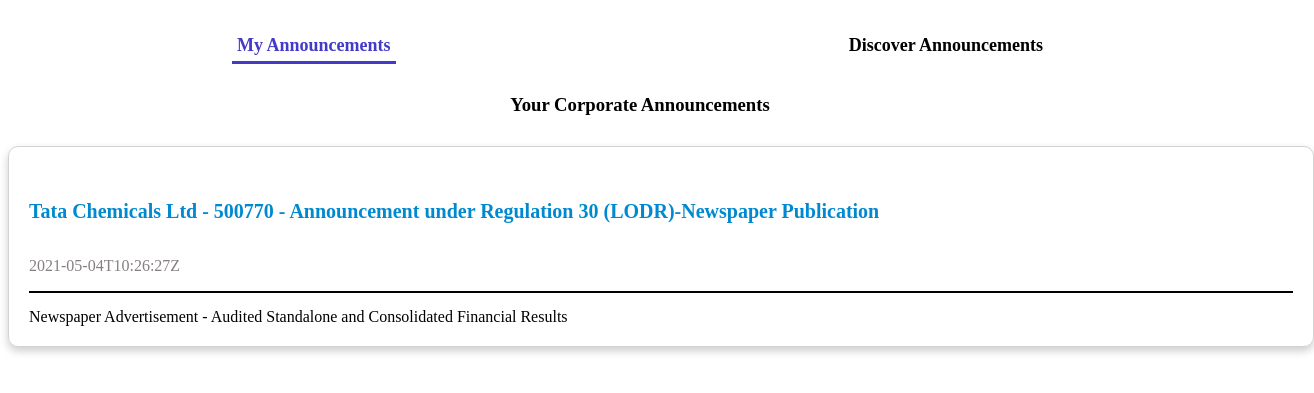
Repository: bhumikagohil/announcements
Page: announcements_tabs/index.html
These files come from the project's save history. The page is drawn as it stood at one moment and after the next save; the edit follows.
The browser window is 1280 px wide. The page is 1314 px wide, then 1280 px, so the pictures cover 1314 px, including what lies to the right of the window. The pictures show the whole page.
The page's requests for data from a server got no answer.

Above is the page before, as saved 2021-05-13 14:01:40.

After the next save:
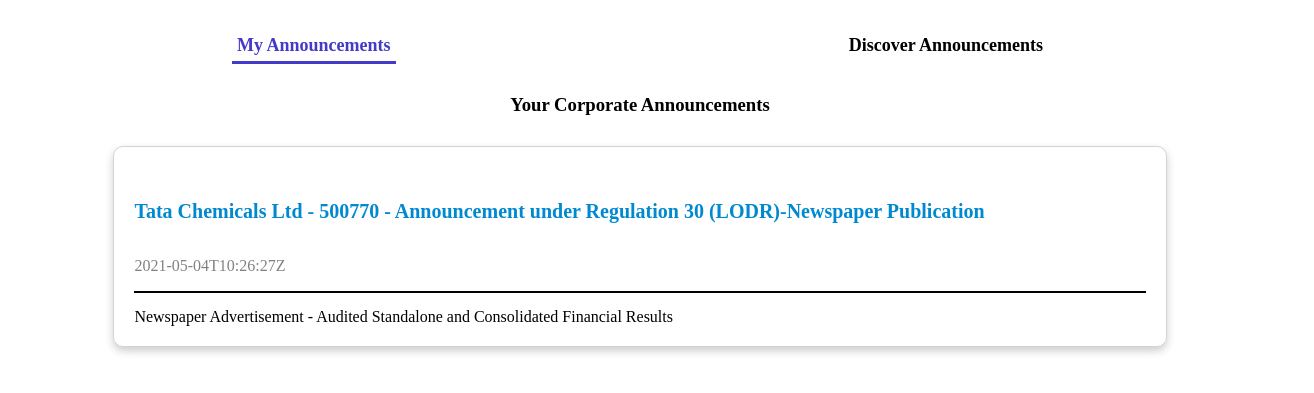
Saved 12 s later.
--- a/announcements_tabs/index.html
+++ b/announcements_tabs/index.html
@@ -30,7 +30,6 @@
                 <div class="container" id="announcements-cards-container">
                     <div class="announcements-card" id=${item.news_id} style="    padding: 20px 20px;
                     box-shadow: 0 4px 8px 0 rgb(0 0 0 / 20%);
-                    width: 100%;
                     border: 1px solid #d3d3d3;
                     border-radius: 10px;
                     margin: auto;
@@ -42,7 +41,7 @@
                         <p class="time">
                             2021-05-04T10:26:27Z
                         </p>
-                        <hr/>
+                        <hr />
                         <div class="summary">
                             Newspaper Advertisement - Audited Standalone and Consolidated Financial Results
                         </div>
@@ -50,7 +49,7 @@
                 </div>
 
             </div>
-            <div id="discover-announcements" data-tab-content >
+            <div id="discover-announcements" data-tab-content>
                 <!-- Heading -->
                 <div class="container">
                     <h3 class="heading">Discover Corporate Announcements</h3>
